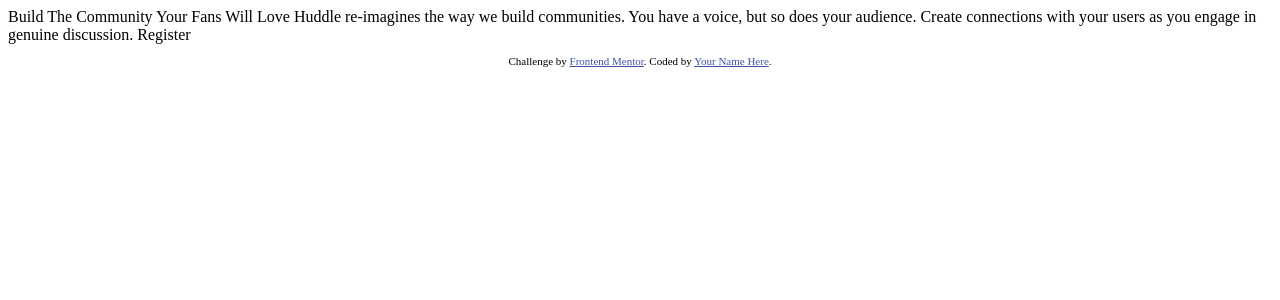
Repository: ivanvqz/huddle-landing-page
Page: index.html
These files come from the project's save history. The page is drawn as it stood at one moment and after the next save; the edit follows.
The browser window is 1280 px wide. The pictures show the whole page.

Above is the page before, as saved 2022-10-19 22:05:42.

### index.html
<!DOCTYPE html>
<html lang="en">
<head>
  <meta charset="UTF-8">
  <meta name="viewport" content="width=device-width, initial-scale=1.0"> <!-- displays site properly based on user's device -->

  <link rel="icon" type="image/png" sizes="32x32" href="./images/favicon-32x32.png">

  <title>Frontend Mentor | Huddle landing page with single introductory section</title>

  <!-- Feel free to remove these styles or customise in your own stylesheet 👍 -->
  <style>
    .attribution { font-size: 11px; text-align: center; }
    .attribution a { color: hsl(228, 45%, 44%); }
  </style>
  <link rel="preconnect" href="https://fonts.googleapis.com">
<link rel="preconnect" href="https://fonts.gstatic.com" crossorigin>
<link href="https://fonts.googleapis.com/css2?family=Open+Sans:ital@1&family=Poppins:ital,wght@0,600;1,400&display=swap" rel="stylesheet">
</head>
<body>

  Build The Community Your Fans Will Love

  Huddle re-imagines the way we build communities. You have a voice, but so does your audience.
  Create connections with your users as you engage in genuine discussion.

  Register

  <footer>
    <p class="attribution">
      Challenge by <a href="https://www.frontendmentor.io?ref=challenge" target="_blank">Frontend Mentor</a>.
      Coded by <a href="#">Your Name Here</a>.
    </p>
  </footer>
</body>
</html>

After the next save:
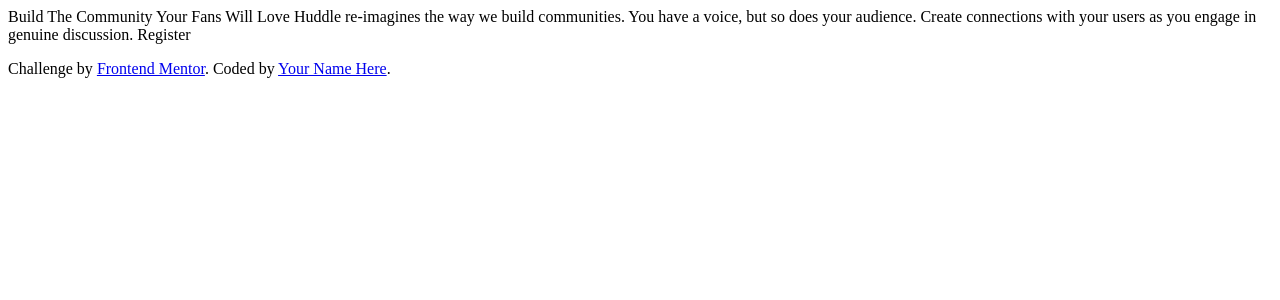
Saved 16 s later.
--- a/index.html
+++ b/index.html
@@ -8,11 +8,6 @@
 
   <title>Frontend Mentor | Huddle landing page with single introductory section</title>
 
-  <!-- Feel free to remove these styles or customise in your own stylesheet 👍 -->
-  <style>
-    .attribution { font-size: 11px; text-align: center; }
-    .attribution a { color: hsl(228, 45%, 44%); }
-  </style>
   <link rel="preconnect" href="https://fonts.googleapis.com">
 <link rel="preconnect" href="https://fonts.gstatic.com" crossorigin>
 <link href="https://fonts.googleapis.com/css2?family=Open+Sans:ital@1&family=Poppins:ital,wght@0,600;1,400&display=swap" rel="stylesheet">
